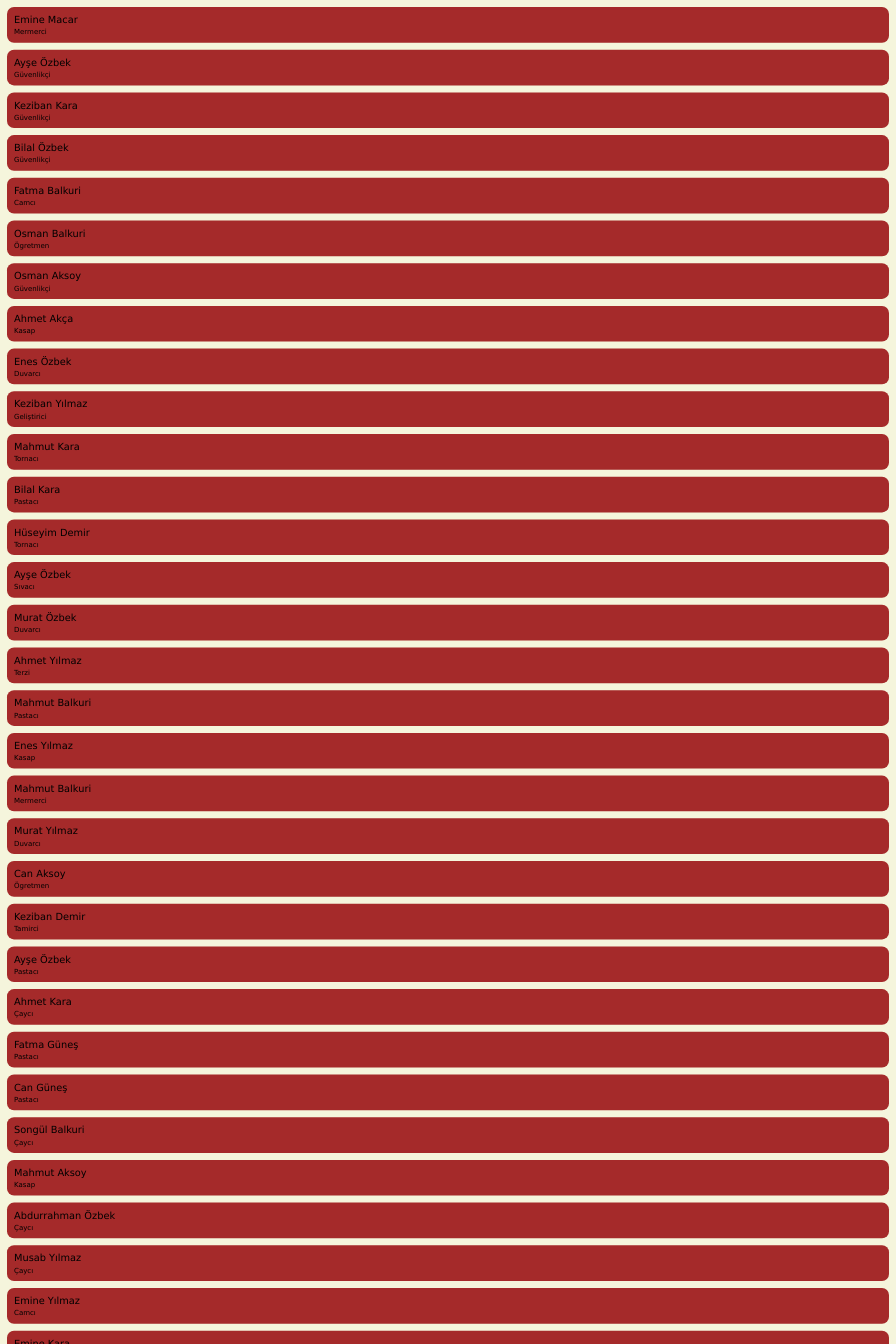
Repository: Sonvatan/S-f-rdan-geli-tirici-olmak-hafta-6
Page: İndex.html
An editor plug-in stored every save of this project. The page is shown before and after the next save, followed by the edit.
The browser window is 1280 px wide. The pictures show the part of the page from y = 0 to 1920 px (the page is 4758 px tall), at 70% of full size.

Above is the page before, as saved 2024-02-02 00:03:55.

After the next save:
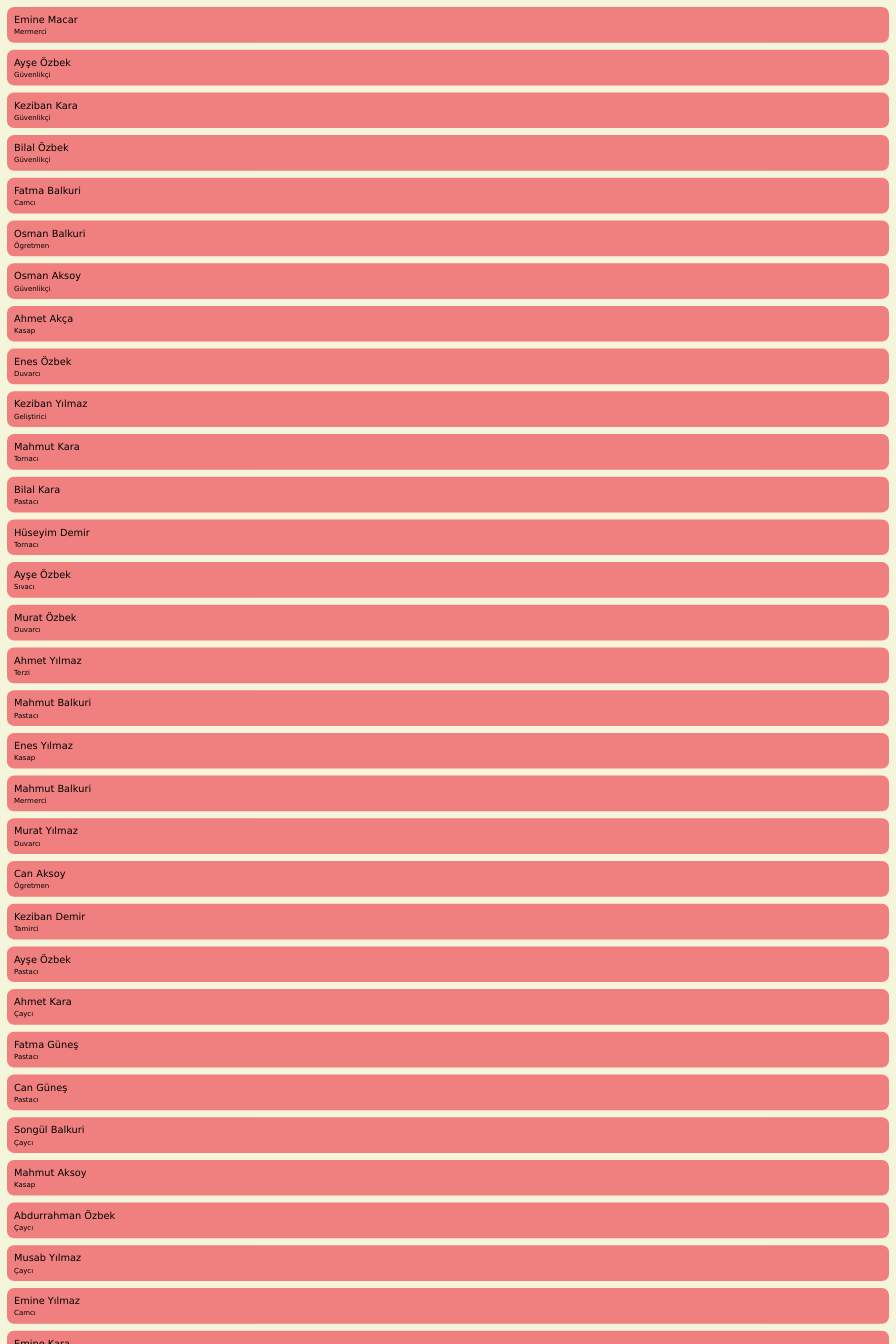
Saved 33 s later.
--- a/İndex.html
+++ b/İndex.html
@@ -13,7 +13,7 @@
                 width: 100%;
             }
             .person {
-                background-color: brown;
+                 background-color: lightcoral;
                 flex-direction: column;
                 border-radius: 10px;
                 user-select: none;
